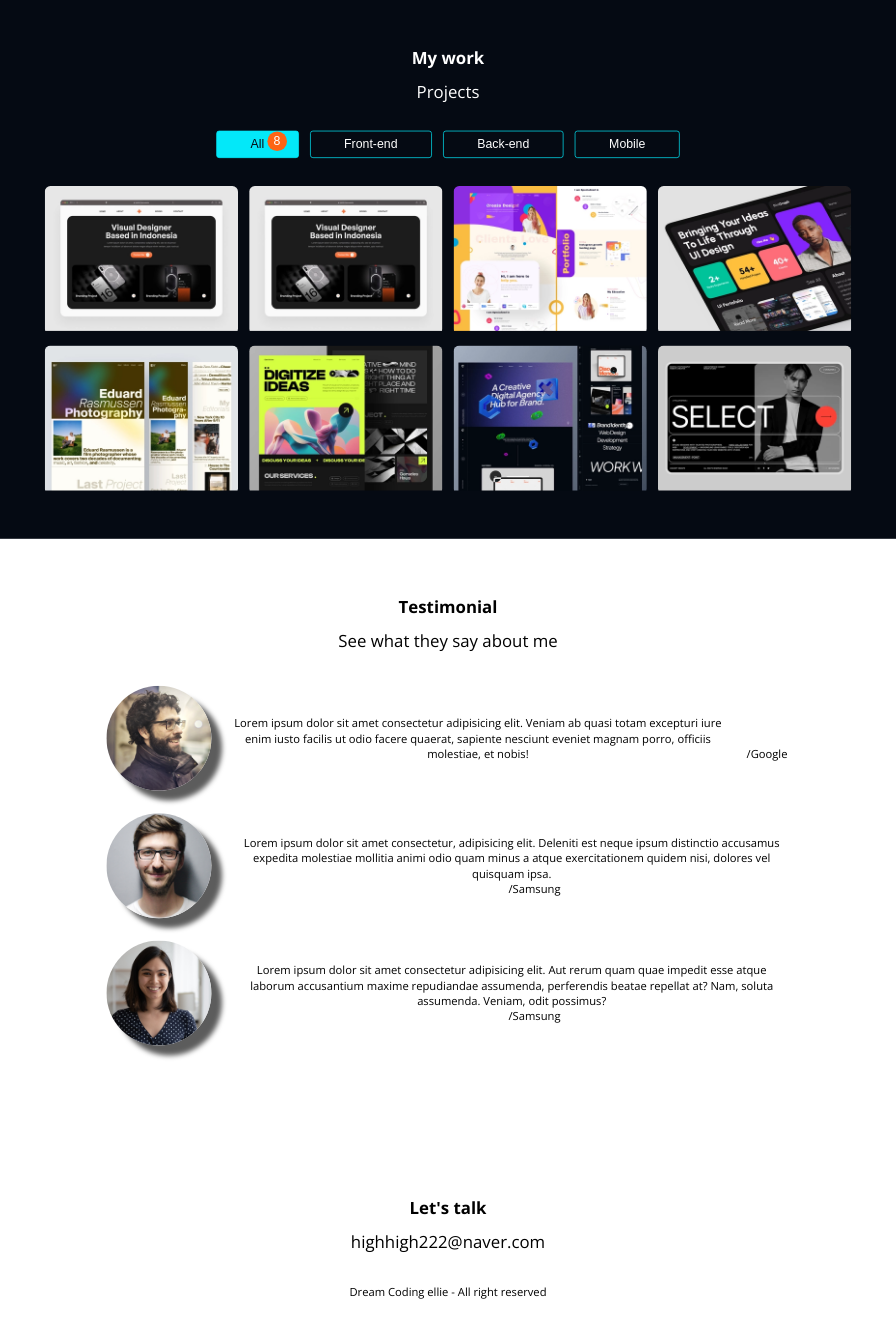
Repository: Arden-Sol/portfolio-website-clone-coding
Page: index.html
These files come from the project's save history. The page is drawn as it stood at one moment and after the next save; the edit follows.
The browser window is 1280 px wide. The pictures show the part of the page from y = 2224 to 4144 px (the page is 4144 px tall), at 70% of full size.
Some web libraries are served in a nearby version.

Above is the page before, as saved 2024-03-27 02:04:27.

After the next save:
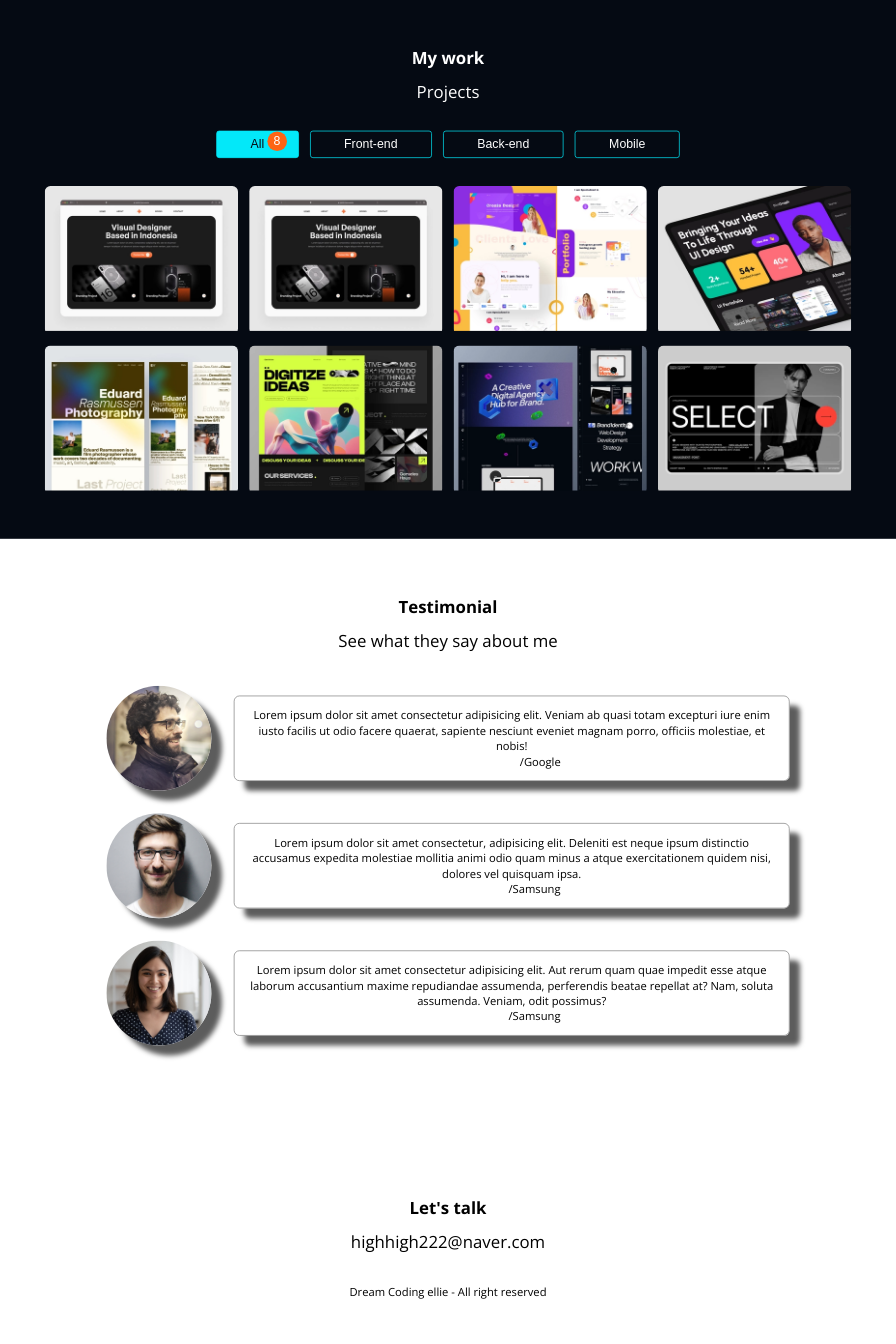
Saved 93 s later.
--- a/index.html
+++ b/index.html
@@ -246,12 +246,14 @@
       <p class="description">See what they say about me</p>
       <ul class="testimonials">
         <li class="testimonial"><img class="testimonial__img" src="image/testimonials/people1.webp" alt="people1">
-          <p>Lorem ipsum dolor sit amet consectetur adipisicing elit. Veniam ab quasi totam excepturi iure enim iusto
-            facilis ut odio facere quaerat, sapiente nesciunt eveniet magnam porro, officiis molestiae, et nobis!</p>
-          <p><a class="testimonial__bubble__name" href="#">James Kim</a> /Google</p>
+          <div class="testimonial__bubble">
+            <p>Lorem ipsum dolor sit amet consectetur adipisicing elit. Veniam ab quasi totam excepturi iure enim iusto
+              facilis ut odio facere quaerat, sapiente nesciunt eveniet magnam porro, officiis molestiae, et nobis!</p>
+            <p><a class="testimonial__bubble__name" href="#">James Kim</a> /Google</p>
+          </div>
         </li>
         <li class="testimonial"><img class="testimonial__img" src="image/testimonials/people2.webp" alt="people2">
-          <div>
+          <div class="testimonial__bubble">
             <p>Lorem ipsum dolor sit amet consectetur, adipisicing elit. Deleniti est neque ipsum distinctio accusamus
               expedita molestiae mollitia animi odio quam minus a atque exercitationem quidem nisi, dolores vel quisquam
               ipsa.</p>
@@ -260,7 +262,7 @@
         </li>
         <li class="testimonial">
           <img class="testimonial__img" src="image/testimonials/people3.webp" alt="people3">
-          <div>
+          <div class="testimonial__bubble">
             <p>Lorem ipsum dolor sit amet consectetur adipisicing elit. Aut rerum quam quae impedit esse atque laborum
               accusantium maxime repudiandae assumenda, perferendis beatae repellat at? Nam, soluta assumenda. Veniam,
               odit possimus?</p>
